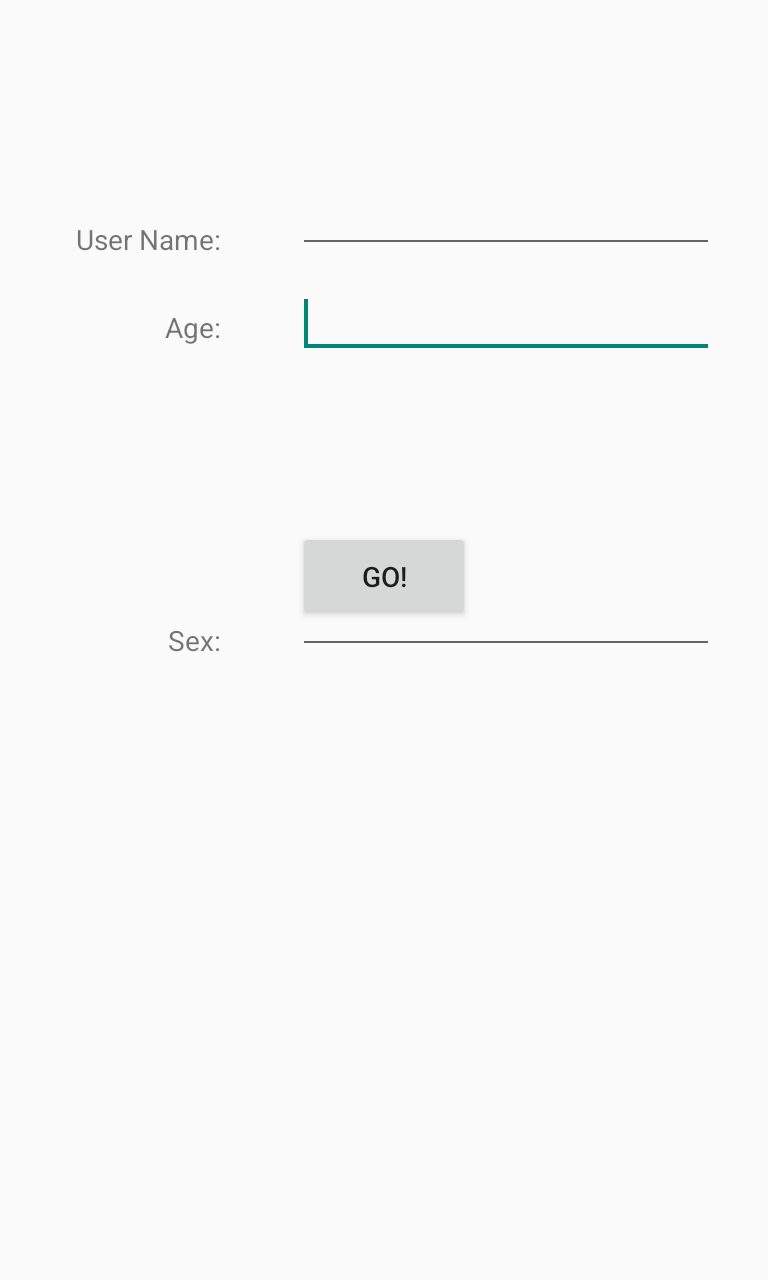
Repository: HaleyElliott/Mobile-Computing-Assignments
Layout: Rock_Paper_Scissors/res/layout/activity_main.xml
These files come from the project's save history. The layout is drawn as it stood at one moment and after the next save; the edit follows.
It is drawn on a 768 x 1280 px phone screen (xhdpi) without system bars, with theme AppTheme; the app's code is not run.

Above is the layout before, as saved 2014-09-22 17:39:46.

### Rock_Paper_Scissors/res/layout/activity_main.xml
<RelativeLayout xmlns:android="http://schemas.android.com/apk/res/android"
    xmlns:tools="http://schemas.android.com/tools"
    android:layout_width="match_parent"
    android:layout_height="match_parent"
    android:paddingBottom="@dimen/activity_vertical_margin"
    android:paddingLeft="@dimen/activity_horizontal_margin"
    android:paddingRight="@dimen/activity_horizontal_margin"
    android:paddingTop="@dimen/activity_vertical_margin"
    tools:context="com.example.rock_paper_scissors.MainActivity" >

    <TextView
        android:id="@+id/textView1"
        android:layout_width="wrap_content"
        android:layout_height="wrap_content"
        android:layout_alignParentLeft="true"
        android:layout_alignParentTop="true"
        android:layout_marginLeft="22dp"
        android:layout_marginTop="94dp"
        android:text="User Name: " />

    <EditText
        android:id="@+id/userText"
        android:layout_width="wrap_content"
        android:layout_height="wrap_content"
        android:layout_alignBottom="@+id/textView1"
        android:layout_alignLeft="@+id/button1"
        android:ems="10"
        android:inputType="text" />

    <Button
        android:id="@+id/button1"
        android:layout_width="wrap_content"
        android:layout_height="wrap_content"
        android:layout_below="@+id/textView2"
        android:layout_centerHorizontal="true"
        android:layout_marginTop="91dp"
        android:text="Go!" />

    <TextView
        android:id="@+id/textView2"
        android:layout_width="wrap_content"
        android:layout_height="wrap_content"
        android:layout_alignRight="@+id/textView1"
        android:layout_below="@+id/textView1"
        android:layout_marginTop="25dp"
        android:text="Age: " />

    <EditText
        android:id="@+id/ageText"
        android:layout_width="wrap_content"
        android:layout_height="wrap_content"
        android:layout_alignBaseline="@+id/textView2"
        android:layout_alignBottom="@+id/textView2"
        android:layout_alignLeft="@+id/userText"
        android:ems="10"
        android:inputType="number" >

        <requestFocus />
    </EditText>

    <TextView
        android:id="@+id/textView3"
        android:layout_width="wrap_content"
        android:layout_height="wrap_content"
        android:layout_alignRight="@+id/textView2"
        android:layout_centerVertical="true"
        android:text="Sex: " />

    <EditText
        android:id="@+id/editText1"
        android:layout_width="wrap_content"
        android:layout_height="wrap_content"
        android:layout_alignBottom="@+id/textView3"
        android:layout_alignLeft="@+id/button1"
        android:ems="10" />

</RelativeLayout>

Loaded but not shown: Rock_Paper_Scissors/res/values/styles.xml (common file); Rock_Paper_Scissors/res/values-v11/styles.xml (common file); Rock_Paper_Scissors/res/values-v14/styles.xml (common file); Rock_Paper_Scissors/res/values/dimens.xml (common file); Rock_Paper_Scissors/res/values-w820dp/dimens.xml (common file)

After the next save:
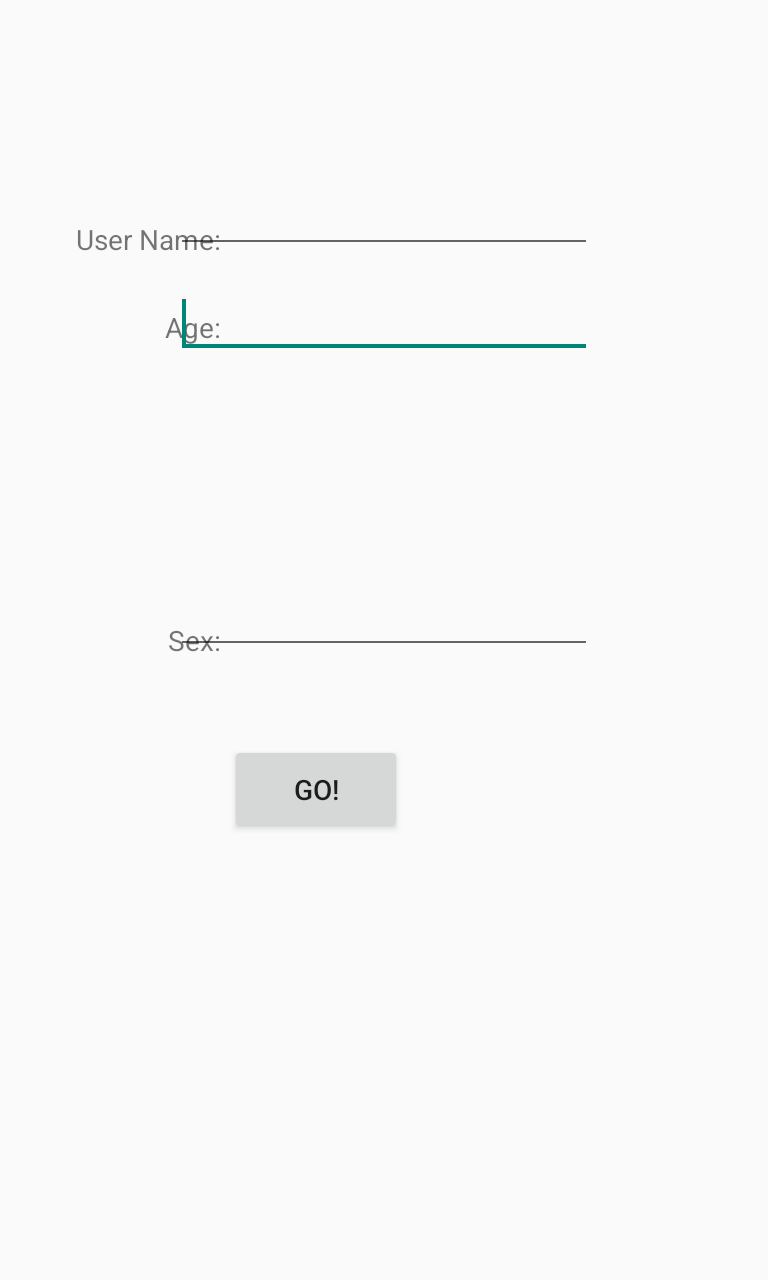
Saved 25 min 12 s later.
--- a/Rock_Paper_Scissors/res/layout/activity_main.xml
+++ b/Rock_Paper_Scissors/res/layout/activity_main.xml
@@ -23,18 +23,9 @@
         android:layout_width="wrap_content"
         android:layout_height="wrap_content"
         android:layout_alignBottom="@+id/textView1"
-        android:layout_alignLeft="@+id/button1"
+        android:layout_centerHorizontal="true"
         android:ems="10"
         android:inputType="text" />
-
-    <Button
-        android:id="@+id/button1"
-        android:layout_width="wrap_content"
-        android:layout_height="wrap_content"
-        android:layout_below="@+id/textView2"
-        android:layout_centerHorizontal="true"
-        android:layout_marginTop="91dp"
-        android:text="Go!" />
 
     <TextView
         android:id="@+id/textView2"
@@ -71,7 +62,16 @@
         android:layout_width="wrap_content"
         android:layout_height="wrap_content"
         android:layout_alignBottom="@+id/textView3"
-        android:layout_alignLeft="@+id/button1"
+        android:layout_centerHorizontal="true"
         android:ems="10" />
 
+    <Button
+        android:id="@+id/goButton"
+        android:layout_width="wrap_content"
+        android:layout_height="wrap_content"
+        android:layout_below="@+id/textView3"
+        android:layout_marginTop="41dp"
+        android:layout_toRightOf="@+id/textView3"
+        android:text="Go!" />
+
 </RelativeLayout>
